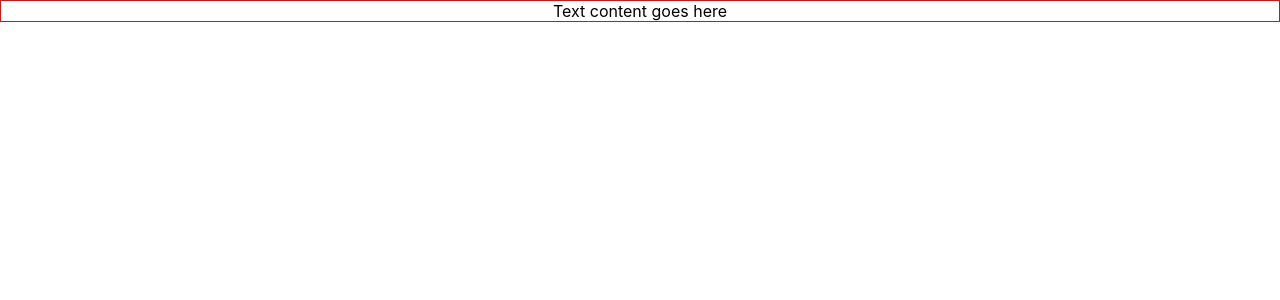
Repository: vuongtm1999/ALTA-exercise-1
Page: /
These files come from the project's save history. The page is drawn as it stood at one moment and after the next save; the edit follows.
The browser window is 1280 px wide. The pictures show the whole page.
The project was rebuilt for these pictures with package versions that can differ from the ones it lists, and the page was loaded fresh each time.

Above is the page before, as saved 2022-10-25 22:27:42.

### src/App.tsx
import './App.css';
import { Button } from './components/Button';
import { Container } from './components/Container';
import { Input } from './components/Input';

function App() {
  // const personName = {
  //   firstName: "Vuong",
  //   lastName: "Tran",
  // }

  // const listName = [
  //   {
  //     firstName: "Vuong",
  //     lastName: "Tran",
  //   },
  //   {
  //     firstName: "Thuy",
  //     lastName: "Tran",
  //   },
  //   {
  //     firstName: "Bui",
  //     lastName: "Phuoc",
  //   }
  // ]
  return (
    <div className="App">
      <Container styles={ { border: "1px solid red", padding: "10pxs" } } />
    </div>
  );
}

export default App;

### src/components/Container.tsx
type ContainerProps = {
  styles: React.CSSProperties;
};

export const Container = (props: ContainerProps) => {
  return <div style={props.styles}>Text content goes here</div>;
};

Loaded but not shown: public/index.html (common file); src/index.tsx (common file); src/index.css (common file); src/reportWebVitals.ts (common file); src/App.css (common file)

After the next save:
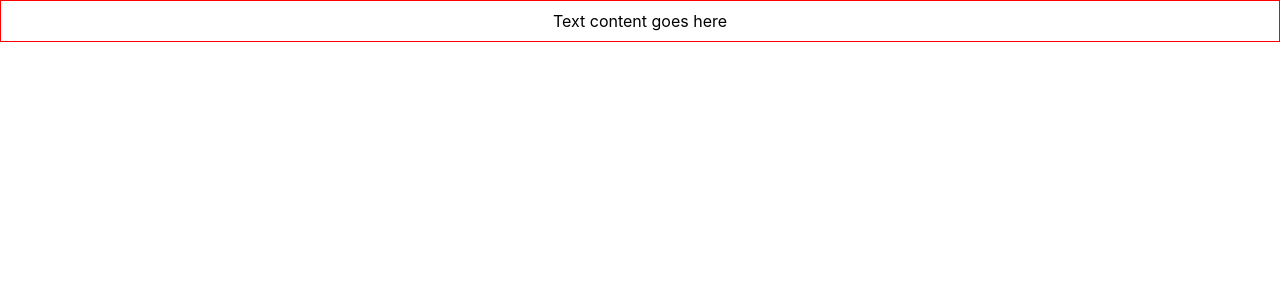
Saved 4 s later.
--- a/src/App.tsx
+++ b/src/App.tsx
@@ -25,7 +25,7 @@ function App() {
   // ]
   return (
     <div className="App">
-      <Container styles={ { border: "1px solid red", padding: "10pxs" } } />
+      <Container styles={ { border: "1px solid red", padding: "10px" } } />
     </div>
   );
 }
